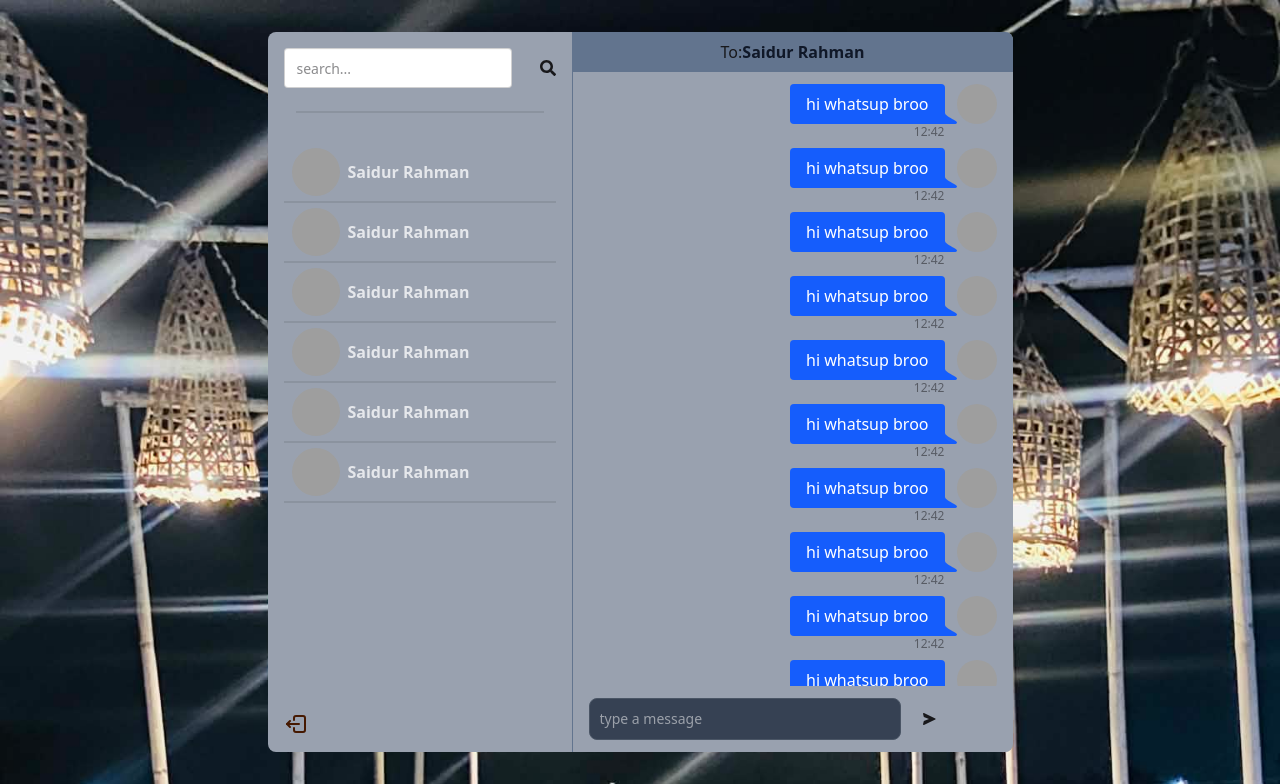
Repository: ridhukhan/chatapp
Page: / (app in frontend/)
These files come from the project's save history. The page is drawn as it stood at one moment and after the next save; the edit follows.
The browser window is 1280 px wide. The pictures show the whole page.
Pictures or frames that could not be fetched are drawn as grey boxes. An inner scrolling area shows only its first screen. Backgrounds fixed to the window are drawn as part of the page. The project was rebuilt for these pictures with package versions that can differ from the ones it lists, and the page was loaded fresh each time. Also part of the build but not shown: frontend/vite.config.js, frontend/src/Pages/login/Login.jsx, frontend/src/Pages/signup/GendarCheckbox.jsx, frontend/src/Pages/signup/SignUp.jsx.

Above is the page before, as saved 2025-12-25 19:19:03.

### frontend/src/index.css
@import "tailwindcss";
@plugin "daisyui";


body{

background-image: url("/bg1.jpeg");
background-repeat: no-repeat;
background-size: cover;
background-position: center;
background-attachment: fixed;
}

### frontend/src/App.jsx

import './App.css'
import Home from './Pages/home/Home'
import Login from './Pages/login/Login'
import SignUp from './Pages/signup/SignUp'

function App() {

  return (
    <div className='p-4 h-screen flex items-center justify-center'>
<Home/>
    </div>
  )
}

export default App

### frontend/src/Pages/home/Home.jsx
import React from 'react'
import Sidebar from '../../Components/sidebar/Sidebar'
import MessageContainer from '../../Components/messages/MessageContainer'

const Home = () => {
  return (
    <div className='bg-gray-400 bg-clip-padding backdrop-filter backdrop-blur-lg bg-opacity-o  flex  rounded-lg overflow-hidden'>




      <Sidebar/>
      <MessageContainer/>
    </div>
  )
}

export default Home

### frontend/src/Components/sidebar/Sidebar.jsx
import React from 'react'
import SearchInput from './SearchInput'
import Conversations from './Conversations'
import Logoutbtn from './Logoutbtn'

const Sidebar = () => {
  return (
    <div className='border-r border-slate-500 p-4 flex flex-col'>
<SearchInput/>
<div  className='divider px-3'></div>
<Conversations/>


<Logoutbtn/>
    </div>
  )
}

export default Sidebar

### frontend/src/Components/messages/MessageContainer.jsx
import React from 'react'
import Messages from './Messages'
import MessageInput from './MessageInput'

const MessageContainer = () => {
  return (
    <div className='md:min-w-110 flex flex-col  h-screen'>


        <>
        <div className='bg-slate-500 px-4 py-2 mb-2'>
            <span className='label-text'>To:</span>
            <span className='text-gray-900 font-bold'>Saidur Rahman</span>
        </div>
        <Messages/>
        <MessageInput/>
        </>
    </div>
  )
}

export default MessageContainer

### frontend/src/Components/sidebar/SearchInput.jsx
import React from 'react'
import { FaSearch } from "react-icons/fa";
const SearchInput = () => {
  return (
    <form className='flex items-center gap-2'>
<input type='text' placeholder='search...' className='input input-bordered rouunded-full'/>
<button type="submit" className='ml-5 btn-circle'><FaSearch /></button>
    </form>
  )
}

export default SearchInput

### frontend/src/Components/sidebar/Conversations.jsx
import React from 'react'
import Conversation from './Conversation'

const Conversations = () => {
  return (
    <div className='py-2 flex flex-col overflow-auto'>

<Conversation/>
<Conversation/>
<Conversation/>
<Conversation/>
<Conversation/>
<Conversation/>


    </div>
  )
}

export default Conversations

### frontend/src/Components/sidebar/Logoutbtn.jsx
import React from 'react'
import { TbLogout2 } from "react-icons/tb";
const Logoutbtn = () => {
  return (
    <div className='mt-auto'>

<TbLogout2 className='w-6 h-6 text-amber-950 cursor-pointer'/>

    </div>
  )
}

export default Logoutbtn

### frontend/src/Components/messages/Messages.jsx
import React from 'react'
import Message from './Message'

const Messages = () => {
  return (
    <div className='  px-4 flex-1 overflow-y-auto'>

<Message/>
<Message/>
<Message/>
<Message/>
<Message/>
<Message/>
<Message/>
<Message/>
<Message/>
<Message/>
<Message/>
<Message/>
<Message/>
<Message/>
<Message/>
<Message/>
<Message/>
<Message/>







    </div>
  )
}

export default Messages

### frontend/src/Components/messages/MessageInput.jsx
import React from 'react'
import { BiSolidSend } from "react-icons/bi";
const MessageInput = () => {
  return (
    <form className='px-4 my-3'>

<div className='w-full flex'>
<input type="text" className='border text-sm rounded-lg block w-78 p-2.5 bg-gray-700 border-gray-600 text-white'
placeholder='type a message'/>

<button type='submit'className='ml-5 w-8  '>

<BiSolidSend />

</button>
</div>

    </form>
  )
}

export default MessageInput

### frontend/src/Components/sidebar/Conversation.jsx
import React from 'react'

const Conversation = () => {
  return (
    <>
<div className='flex gap-2 items-center hover:bg-sky-500 rounded p-2 py-1 cursor-pointer'>
<div className='avatar online'>
<div className='w-12 rounded-full'>
    <img src="https://cdn0.iconfinder.com/data/icons/communication-line-10/24/account_profile_user_contact_person_avatar_placeholder-512.png" alt="user avater" />
</div>
</div>
<div className='flex flex-col flex-1'>

    <div className='flex gap-3 justify-between'>
        <p className='font-bold text-gray-200'>Saidur Rahman</p>
        <span></span>
    </div>
</div>
</div>
<div className='divider my-0 py-0 h-1'/>


    </>
  )
}

export default Conversation

### frontend/src/Components/messages/Message.jsx
import React from 'react'

const Message = () => {
  return (
    <div className='chat chat-end'>

<div className='chat-image avatar'>
<div className='w-10 rounded-full'>
    <img src="https://cdn0.iconfinder.com/data/icons/communication-line-10/24/account_profile_user_contact_person_avatar_placeholder-512.png" alt="Tailwind css chat bubble component" />


</div>
</div>

    <div  className={'chat-bubble  text-white bg-blue-600'}>hi whatsup broo</div>
    <div  className={'chat-footer opacity-50 text-xs flex gap-1 items-center'}>12:42</div>


</div>
  )
}

export default Message

Loaded but not shown: frontend/index.html (common file); frontend/src/main.jsx (common file); frontend/src/App.css (common file)

After the next save:
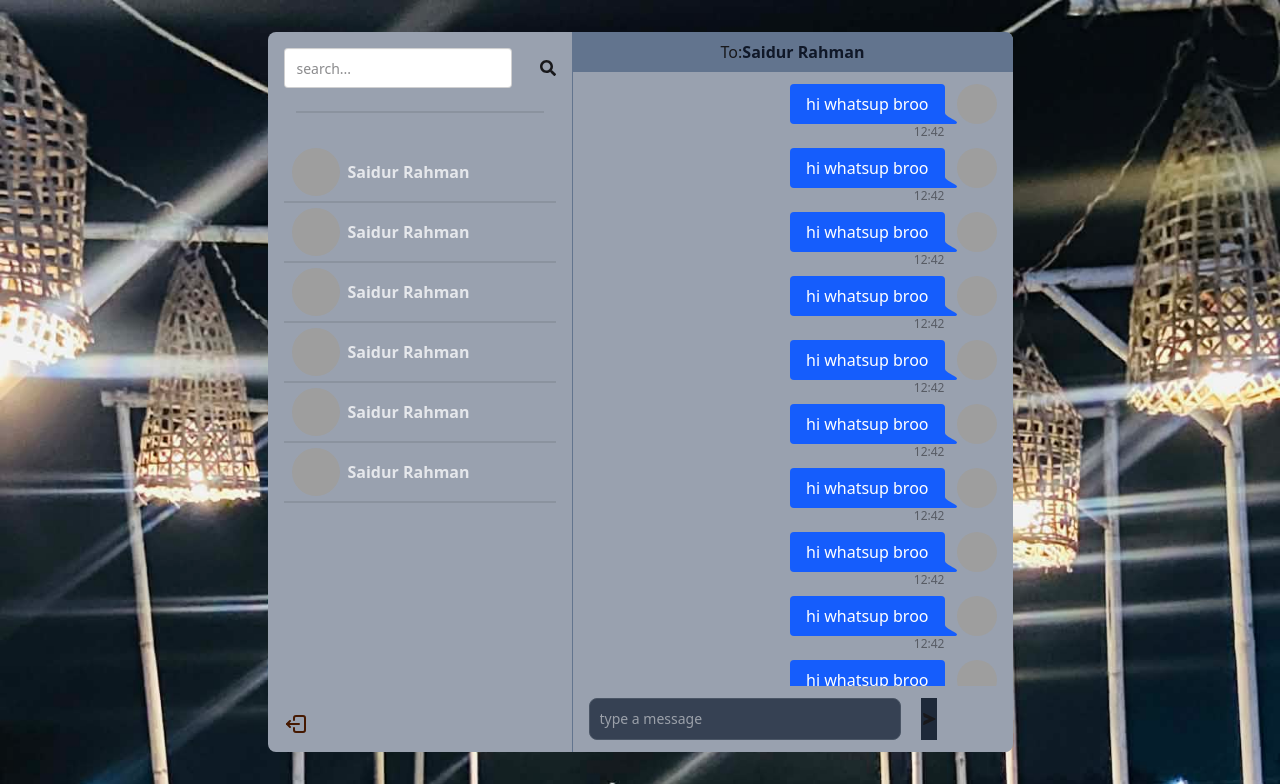
Saved 27 s later.
--- a/frontend/src/Components/messages/MessageInput.jsx
+++ b/frontend/src/Components/messages/MessageInput.jsx
@@ -8,7 +8,7 @@ const MessageInput = () => {
 <input type="text" className='border text-sm rounded-lg block w-78 p-2.5 bg-gray-700 border-gray-600 text-white'
 placeholder='type a message'/>
 
-<button type='submit'className='ml-5 w-8  '>
+<button type='submit'className='ml-5  bg-gray-800 '>
 
 <BiSolidSend />
 
